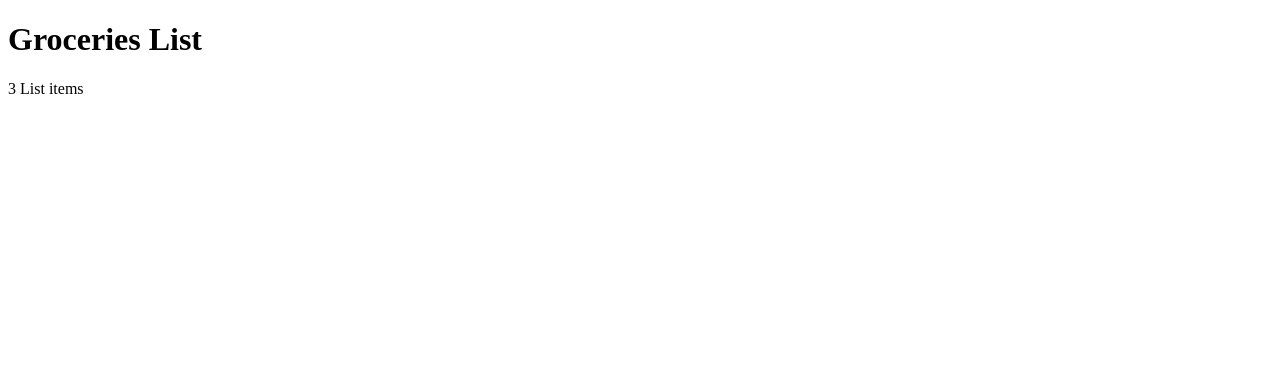
Repository: akinmiday/react-series
Page: /
An editor plug-in stored every save of this project. The page is shown before and after the next save, followed by the edit.
The browser window is 1280 px wide. The pictures show the whole page.
The project was rebuilt for these pictures with package versions that can differ from the ones it lists, and the page was loaded fresh each time. Also part of the build but not shown: vite.config.js, src/index.css.

Above is the page before, as saved 2023-08-21 19:44:40.

After the next save:
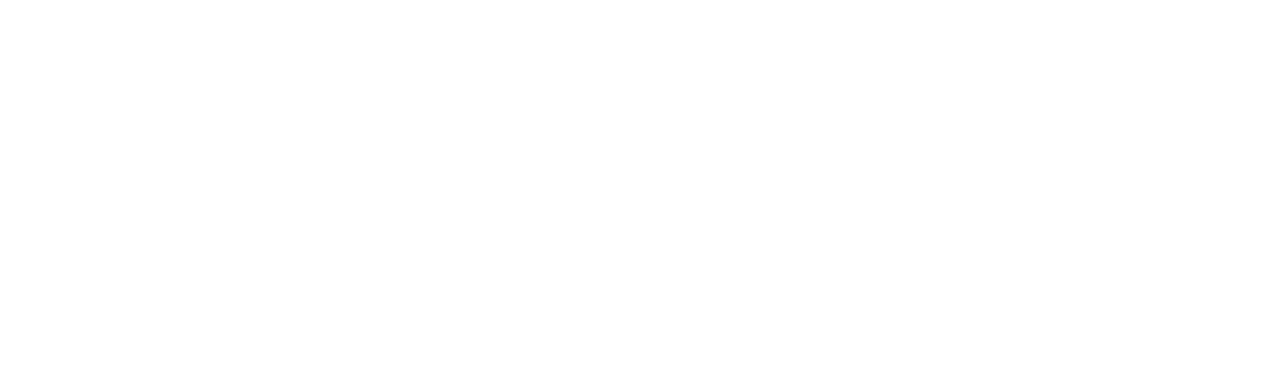
Console error: TypeError: Cannot read properties of undefined (reading 'map')
Saved 26 s later.
--- a/src/Content.jsx
+++ b/src/Content.jsx
@@ -1,4 +1,6 @@
 /* eslint-disable react/prop-types */
+
+import ItemList from "./ItemList"
 
 
 const Content = ({ items, handleCheck, handleDelete }) => {
@@ -6,7 +8,7 @@
     return (
         <>
             {items.length ? (
-                <div></div>
+                <ItemList />
             ) : (
                 <p style={{ marginTop: '2rem' }} >Your List is empty</p >
             )}

After the save that followed:
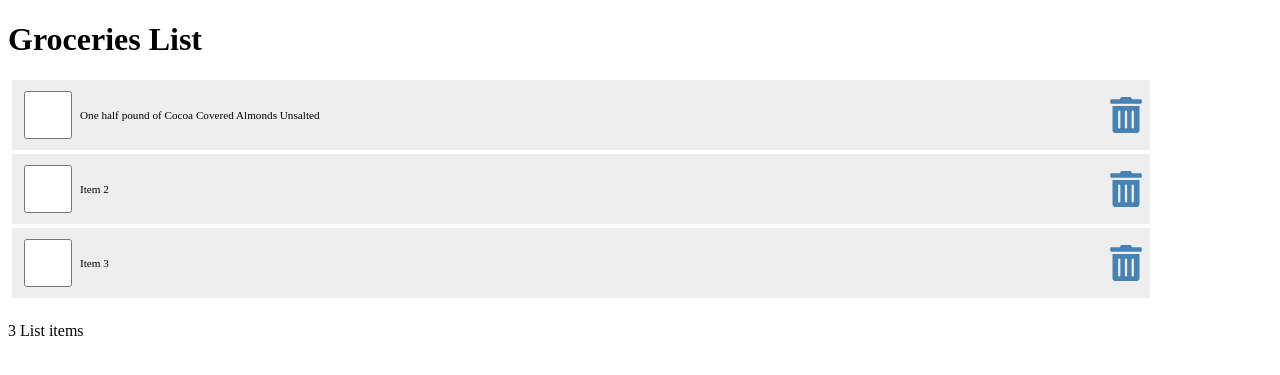
The error is gone.
Saved 45 s later.
--- a/src/Content.jsx
+++ b/src/Content.jsx
@@ -8,7 +8,11 @@
     return (
         <>
             {items.length ? (
-                <ItemList />
+                <ItemList
+                    items={items}
+                    handleCheck={handleCheck}
+                    handleDelete={handleDelete}
+                />
             ) : (
                 <p style={{ marginTop: '2rem' }} >Your List is empty</p >
             )}
